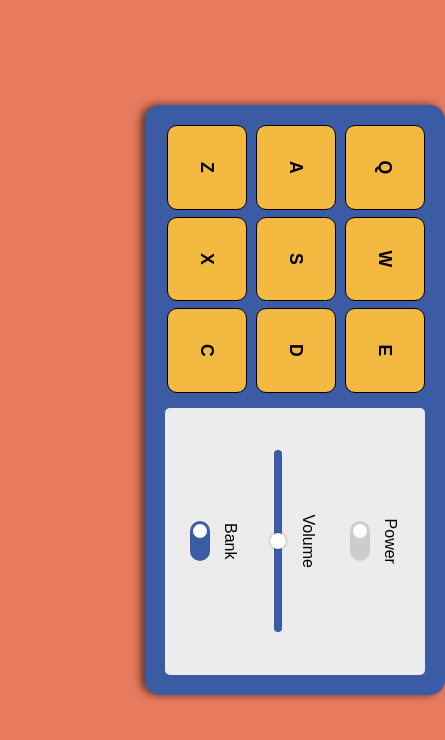
Repository: alfredoleano/drum-machine
Page: /
The author's editor kept a copy of each file at every save. The page is drawn from the files as they stood at one save, then again after the next save.
The browser window is 375 px wide. The page is 445 px wide, then 375 px, so the pictures cover 445 px, including what lies to the right of the window. The pictures show the whole page.
The project was rebuilt for these pictures with package versions that can differ from the ones it lists, and the page was loaded fresh each time.

Above is the page before, as saved 2024-06-14 13:37:45.

### src/App.js
import { useCallback, useEffect, useState } from 'react';
import './App.css';
import './styles.scss';

function App() {
  const bank1 = {
    Q: 'sounds/Heater-1.mp3',
    W: 'sounds/Heater-2.mp3',
    E: 'sounds/Heater-3.mp3',
    A: 'sounds/Heater-4_1.mp3',
    S: 'sounds/Heater-6.mp3',
    D: 'sounds/Dsc_Oh.mp3',
    Z: 'sounds/Kick_n_Hat.mp3',
    X: 'sounds/RP4_KICK_1.mp3',
    C: 'sounds/Cev_H2.mp3'
  };

  const bank2 = {
    Q: 'sounds/piano.mp3',
    W: 'sounds/jazz.wav',
    E: 'sounds/bangu.wav',
    A: 'sounds/num.wav',
    S: 'sounds/stroke.wav',
    D: 'sounds/cymbals.wav',
    Z: 'sounds/tom.wav',
    X: 'sounds/kick.wav',
    C: 'sounds/snare.wav'
  };

  const [volume, setVolume] = useState(50); // initial sound value
  const [power, setPower] = useState(false); //initial power volume
  const [bank, setBank] = useState(bank1); // initial bank value
  const [isBank1, setIsBank1] = useState(true); // initial bank toggle state

  // Function to change volume
  const changeVolume = (event) => {
    setVolume(event.target.value); // Update the state with current value of the volume slider
  };

  // Function to toggle power
  const togglePower = () => {
    setPower(!power);
  };

  // Function to switch Banks
  const toggleBank = () => {
    setBank(isBank1 ? bank2 : bank1);
    setIsBank1(!isBank1);
  }

  // Function to play sound
  const playSound = useCallback((id) => {
    if(!power) return; // Check if the power is on
    const audio = new Audio(bank[id]);
    audio.volume = volume / 100; // initial sound volume
    audio.currentTime = 0; // Set audio to beginning
    audio.play();
  }, [power, volume, bank]);

  // Use useEffect to add event listener for keydown events
  useEffect(() => {
    // Make the approptiate key play the approptiate sound
    const handleKeydown = (event) => {
      const key = event.key.toUpperCase();
      if(['Q', 'W', 'E', 'A', 'S', 'D', 'Z', 'X', 'C'].includes(key)) {
        playSound(key);

        // Add active class to the button
        const button = document.getElementById(`button-${key}`);
        if(button) {
          button.classList.add('active');
        }
      }
    };

    const handleKeyup = (event) => {
      const key = event.key.toUpperCase();
      if (['Q', 'W', 'E', 'A', 'S', 'D', 'Z', 'X', 'C'].includes(key)) {
        // Remove active class from the button
        const button = document.getElementById(`button-${key}`);
        if (button) {
          button.classList.remove('active');
        }
      }
    };

    // Add keydown event listener
    window.addEventListener('keydown', handleKeydown);
    window.addEventListener('keyup', handleKeyup);

    // Cleanup event listener on component unmount
    return () => {
      window.removeEventListener('keydown', handleKeydown);
      window.removeEventListener('keyup', handleKeyup);
    };
  }, [playSound]);

  return (
    <div className="App">
      <div id='drum-machine'>
        <div id='display'>
          <div className='buttons-grid'>
            <button id="button-Q" onClick={() => playSound('Q')}>Q</button>
            <button id="button-W" onClick={() => playSound('W')}>W</button>
            <button id="button-E" onClick={() => playSound('E')}>E</button>
            <button id="button-A" onClick={() => playSound('A')}>A</button>
            <button id="button-S" onClick={() => playSound('S')}>S</button>
            <button id="button-D" onClick={() => playSound('D')}>D</button>
            <button id="button-Z" onClick={() => playSound('Z')}>Z</button>
            <button id="button-X" onClick={() => playSound('X')}>X</button>
            <button id="button-C" onClick={() => playSound('C')}>C</button>
          </div>

          <div className='controls'>
            <div className='settings'>
              <label>Power</label>
              {/* Rounded switch */}
              <label className="switch">
                <input type="checkbox" checked={power} onChange={togglePower}/>
                <span className="slider round"></span>
              </label>
            </div>

            <div className='settings'>
              <label>Volume</label>
              <input
                type='range'
                min={0}
                max={100}
                value={volume}
                onChange={changeVolume}
                className='blue'
              />
            </div>

            <div className='settings'>
              <label>Bank</label>
              <label className="switch">
                <input type="checkbox" checked={!isBank1} onChange={toggleBank}/>
                <span className="slider bank"></span>
              </label>
            </div>
          </div>
        </div>
      </div>
    </div>
  );
}

export default App;

### src/styles.scss
$primary-color: #E87A5D;
$secondary-color: #F3B941;
$tertiary-color: #3B5BA5;

/* Apply box-sizing: border-box globally */
*,
*::before,
*::after {
  box-sizing: border-box;
}

body {
  box-sizing: border-box;
  font-family: Arial, sans-serif;
  background-color: $primary-color;
  margin: 0;
  padding: 0;
  height: 100vh;
  // display: flex;
  // align-items: center;
  // justify-content: center;
}

#drum-machine {
  width: 100vw;
  height: 100vh;
  display: flex;
  align-items: center;
  justify-content: center;
  // background-color: greenyellow;
}

#display {
  background-color: $tertiary-color;
  width: 85%;
  max-width: 590px;
  margin: 30px auto;
  padding: 20px;
  border-radius: 15px;
  box-shadow: 0 4px 8px rgba(0, 0, 0, 0.6); /* Subtle shadow */
  display: grid;
  grid-template-columns: 1fr 1fr;
  grid-auto-columns: min-content;
  gap: 15px;
}

.buttons-grid {
  display: grid;
  grid-template-columns: repeat(3, 1fr);
  grid-template-rows: repeat(3, 1fr);
  gap: 7px;
  width: 100%;
}

.buttons-grid button {
  width: 100%px;
  height: 80px;
  // width: 100%;
  // height: 100%;
  border-radius: 10px;
  border: 1px solid #000;
  // border: none;
  font-weight: 800;
  font-size: 1.1rem;
  cursor: pointer;
  outline: none;
  background-color: #F3B941;
}

.buttons-grid button:active {
  background-color: #f1c979;
}

// For keydown event
.buttons-grid button.active {
  background-color: #f1c979;
}

.controls {
  padding: 10px;
  width: 100%;
  display: flex;
  align-items: center;
  justify-content: center;
  flex-direction: column;
  border-radius: 5px;
  background-color: #ececec;
}

.settings {
  display: flex;
  flex-direction: column;
  justify-content: space-around;
  align-items: center;
  padding: 10px;
  height: 35%;
  width: 100%;
}


/********************* Rounded switch styling ***********************/

/* The switch - the box around the slider */
.switch {
  position: relative;
  display: inline-block;
  width: 40px;
  height: 20px;
  // margin-top: 5px;
}

/* Hide default HTML checkbox */
.switch input {
  opacity: 0;
  width: 0;
  height: 0;
}

/* The slider */
.slider {
  position: absolute;
  cursor: pointer;
  top: 0;
  left: 0;
  right: 0;
  bottom: 0;
  background-color: #ccc;
  -webkit-transition: .4s;
  transition: .4s;
  border-radius: 25px;
}

.slider.bank {
  background: $tertiary-color;
}

.slider:before {
  position: absolute;
  content: "";
  height: 14px;
  width: 14px;
  left: 3px;
  bottom: 3px;
  background-color: white;
  -webkit-transition: .4s;
  transition: .4s;
  border-radius: 50%;
}

input:checked + .slider {
  background-color: $tertiary-color;
}

input:focus + .slider {
  box-shadow: 0 0 1px $tertiary-color;
}

input:checked + .slider:before {
  -webkit-transform: translateX(20px);
  -ms-transform: translateX(20px);
  transform: translateX(20px);
}

/* Rounded sliders */
.slider.round {
  border-radius: 34px;
}

.slider.round:before {
  border-radius: 50%;
}


/********************* Volume slider styling ***********************/
/* Style the range input */
input[type="range"] {
  appearance: none; /* Standard property */
  -webkit-appearance: none; /* WebKit browsers (Chrome, Safari, iOS) */
  -moz-appearance: none; /* Firefox */
  -ms-appearance: none; /* Internet Explorer and Edge */
  width: 80%;
  height: 8px; /* Adjust height as needed */
  background: $tertiary-color; /* Track color */
  border-radius: 5px;
  outline: none;
  opacity: 1;
  transition: opacity .2s;
}

/* Style the thumb for WebKit browsers (e.g., Chrome, Safari) */
input[type="range"]::-webkit-slider-thumb {
  -webkit-appearance: none; /* Remove default styling */
  appearance: none;
  width: 16px; /* Adjust thumb width as needed */
  height: 16px; /* Adjust thumb height as needed */
  background: #ffffff; /* Thumb color */
  border-radius: 50%; /* Make thumb round */
  cursor: pointer;
  box-shadow: 0 0 2px rgba(0, 0, 0, 0.5);
}


/* Style the thumb for Firefox */
input[type="range"]::-moz-range-thumb {
  -moz-appearance: none; /* Remove default styling */
  appearance: none; /* Standard property */
  width: 16px; /* Adjust thumb width as needed */
  height: 16px; /* Adjust thumb height as needed */
  background: #ffffff; /* Thumb color */
  border-radius: 50%; /* Make thumb round */
  cursor: pointer;
  box-shadow: 0 0 2px rgba(0, 0, 0, 0.5);
}

/* Style the thumb for Internet Explorer */
input[type="range"]::-ms-thumb {
  -ms-appearance: none; /* Remove default styling */
  appearance: none; /* Standard property */
  width: 16px; /* Adjust thumb width as needed */
  height: 16px; /* Adjust thumb height as needed */
  background: #ffffff; /* Thumb color */
  border-radius: 50%; /* Make thumb round */
  cursor: pointer;
  box-shadow: 0 0 2px rgba(0, 0, 0, 0.5);
}

/* Style the track for Internet Explorer */
input[type="range"]::-ms-track {
  width: 75%;
  height: 8px; /* Adjust height as needed */
  background: $tertiary-color; /* Track color */
  border-color: transparent;
  color: transparent;
  border-radius: 5px;
}

/******************** Mobile Design **********************/
@media screen and (max-width: 490px) {
  // body {
  //   display: flex;
  //   justify-content: center;
  //   align-items: center;
  // }

  // #drum-machine {
  //   height: 100vh;
  //   width: 100vw;
  //   // background-color: pink;
  // }

  // #display {
  //   width: 700px;
  //   height: 85vw;
  //   transform: rotate(90deg);
  //   transform-origin: center;
  // }

  body {
    display: flex;
    justify-content: center;
    align-items: center;
    overflow: scroll; /* Prevents scrollbars from appearing */
  }

  #drum-machine {
    height: 100vh;
    width: 100vw;
    position: relative; /* Allows child absolute positioning */
    // background-color: pink;
  }

  #display {
    position: absolute;
    width: 590px; /* Adjusted width to fit within viewport height when rotated */
    height: 80vw; /* Adjusted height to fit within viewport width when rotated */
    // left: 50%; /* Centers the element horizontally */
    // top: 50%;  /* Centers the element vertically */
    transform: rotate(90deg); /* Adjusts positioning and rotates */
    transform-origin: center center;
    left: 0;
    right: 0;
    margin-left: auto;
    margin-right: auto;
  }
}

Loaded but not shown: public/index.html (common file); src/index.js (common file); src/index.css (common file); src/reportWebVitals.js (common file); src/App.css (common file)

After the next save:
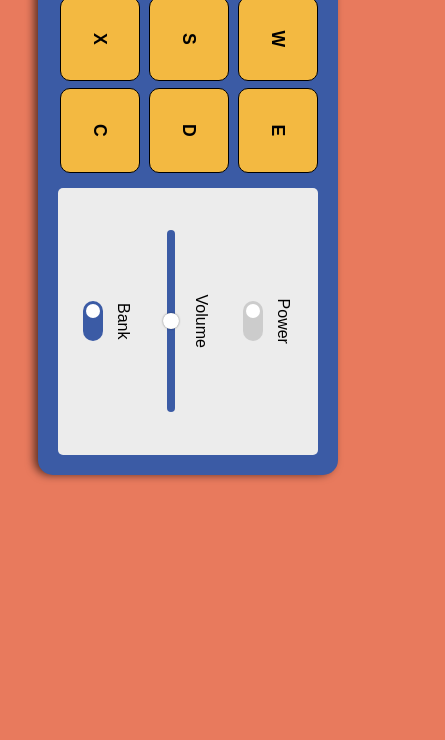
Saved 26 s later.
--- a/src/styles.scss
+++ b/src/styles.scss
@@ -277,8 +277,8 @@ input[type="range"]::-ms-track {
     // top: 50%;  /* Centers the element vertically */
     transform: rotate(90deg); /* Adjusts positioning and rotates */
     transform-origin: center center;
-    left: 0;
-    right: 0;
+    top: 0;
+    bottom: 0;
     margin-left: auto;
     margin-right: auto;
   }
